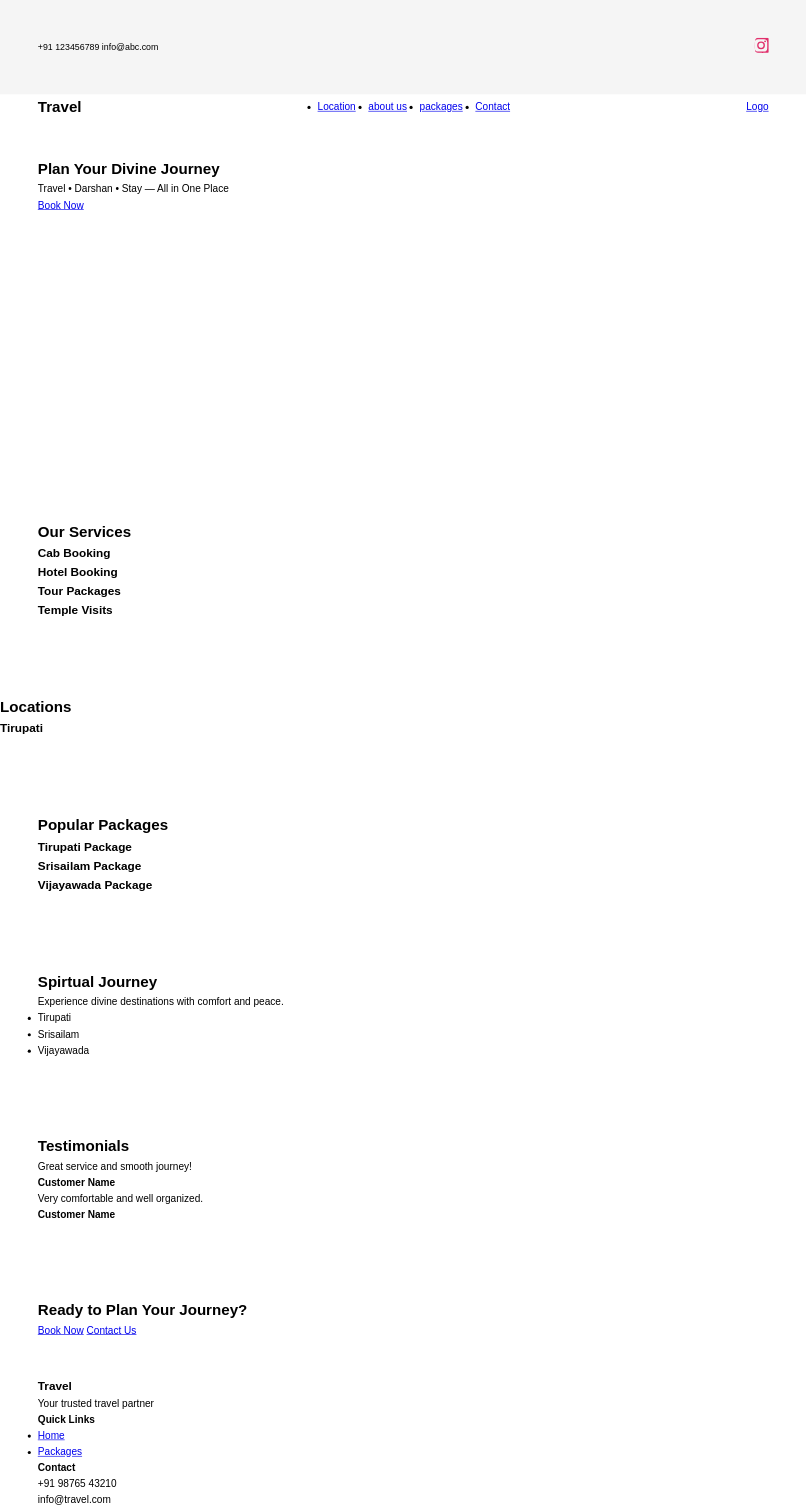
Repository: heytirupati/Bookingweb
Page: index.html
The author's editor kept a copy of each file at every save. The page is drawn from the files as they stood at one save, then again after a run of saves.
The browser window is 1280 px wide. The pictures show the whole page, at 63% of full size.

Above is the page before, as saved 2026-03-27 11:43:26.

After the next 2 saves:
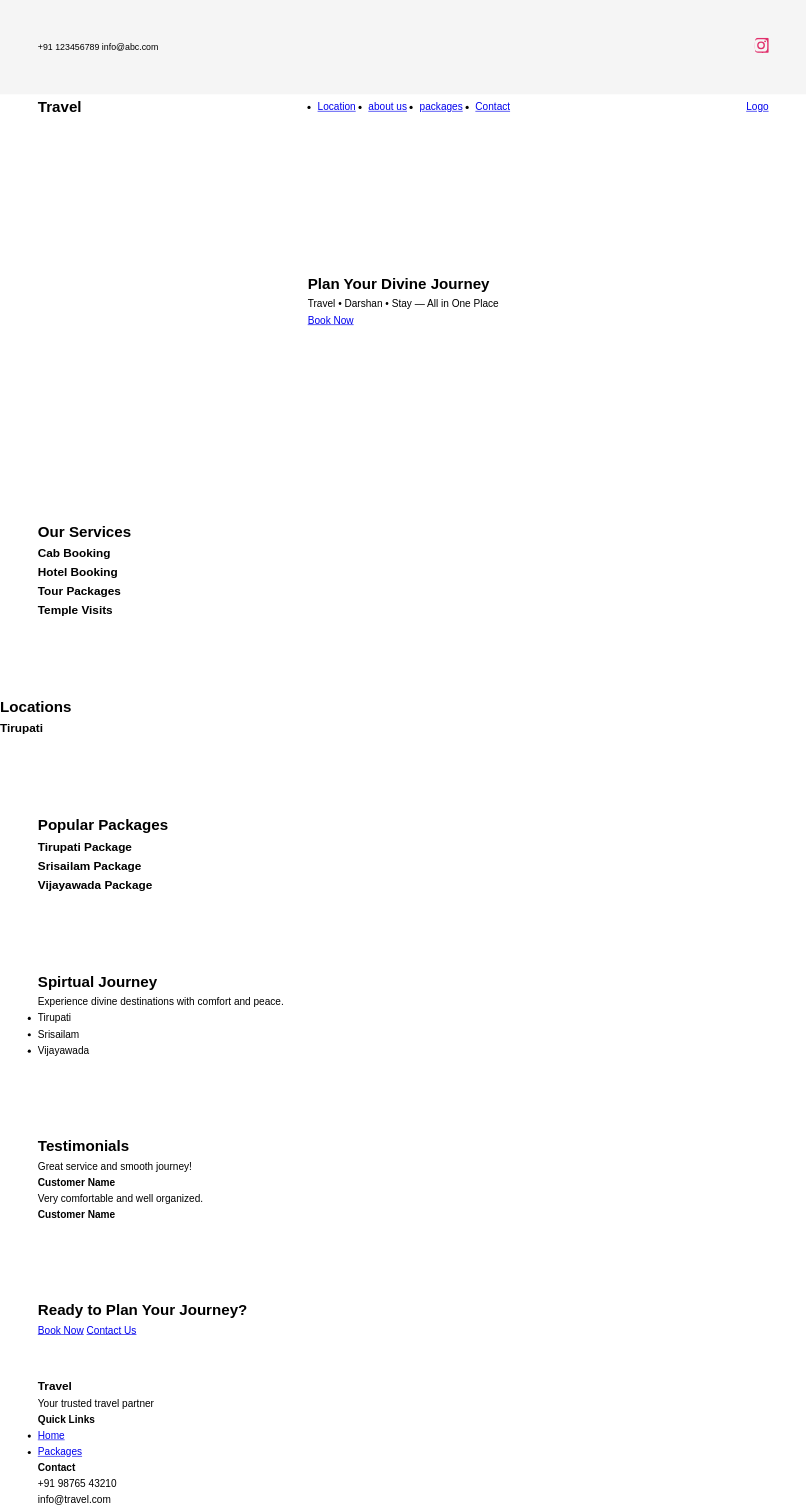
The 2 saves are shown as one change because they came seconds apart.
The last was saved 8 s later.
--- a/css/style.css
+++ b/css/style.css
@@ -55,5 +55,6 @@ section{
 
 .hero{
     height: 80vh;
-
+    display: flex;
+    align-items: ;
 }
